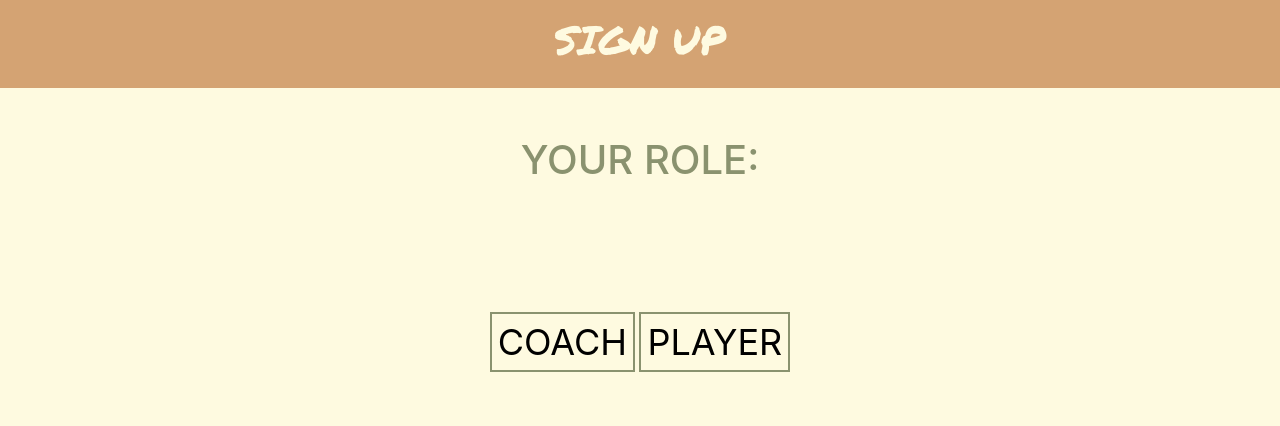
Repository: Aryaholmukhe/treasureHacks
Page: http://localhost/signup
The author's editor kept a copy of each file at every save. The page is drawn from the files as they stood at one save, then again after a run of saves.
The browser window is 1280 px wide. The pictures show the whole page.
The page is served by the project's Node server (server.js).

Above is the page before, as saved 2022-03-27 00:30:24.

After the next 2 saves:
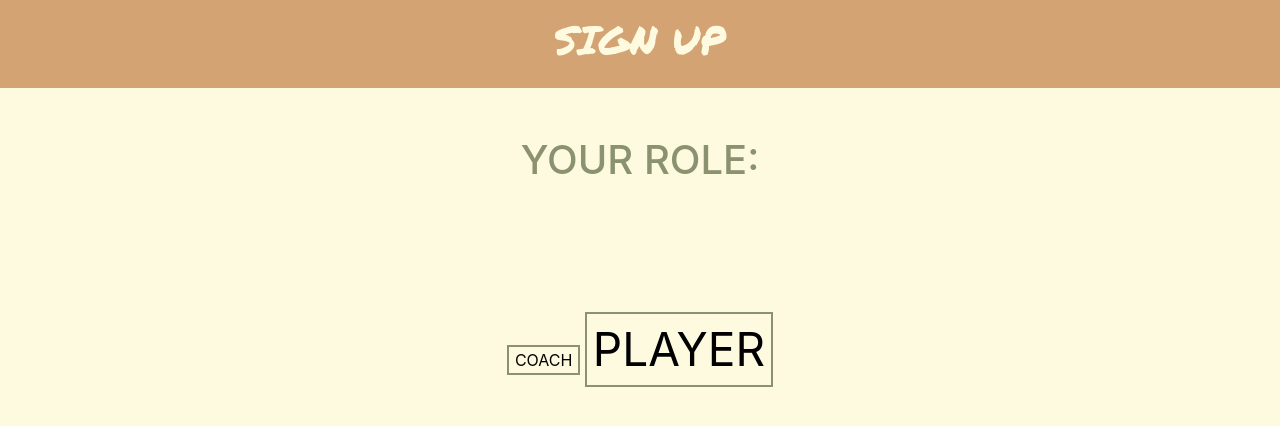
The 2 saves are shown as one change because they came seconds apart.
The last was saved 40 s later.
--- a/views/signup/signup.ejs
+++ b/views/signup/signup.ejs
@@ -20,8 +20,8 @@
     <h1 class="text-center mt-5" style="color: #8A926F">YOUR ROLE:</h1>
 
     <div class="text-center" style="margin-top: 10%">
-    <a href="./coach" ><button style="font-size: 36px; border: 2px solid #8A926F; background-color: transparent" name="coach">COACH</button></a>
-    <a  href="./player"><button style="font-size: 36px; border: 2px solid #8A926F; background-color: transparent" name="player">PLAYER</button></a>
+    <a href="./coach" ><button style="color: font-size: 346px; border: 2px solid #8A926F; background-color: transparent" name="coach">COACH</button></a>
+    <a  href="./player"><button style="font-size: 46px; border: 2px solid #8A926F; background-color: transparent" name="player">PLAYER</button></a>
     </div>
 
 </body>
